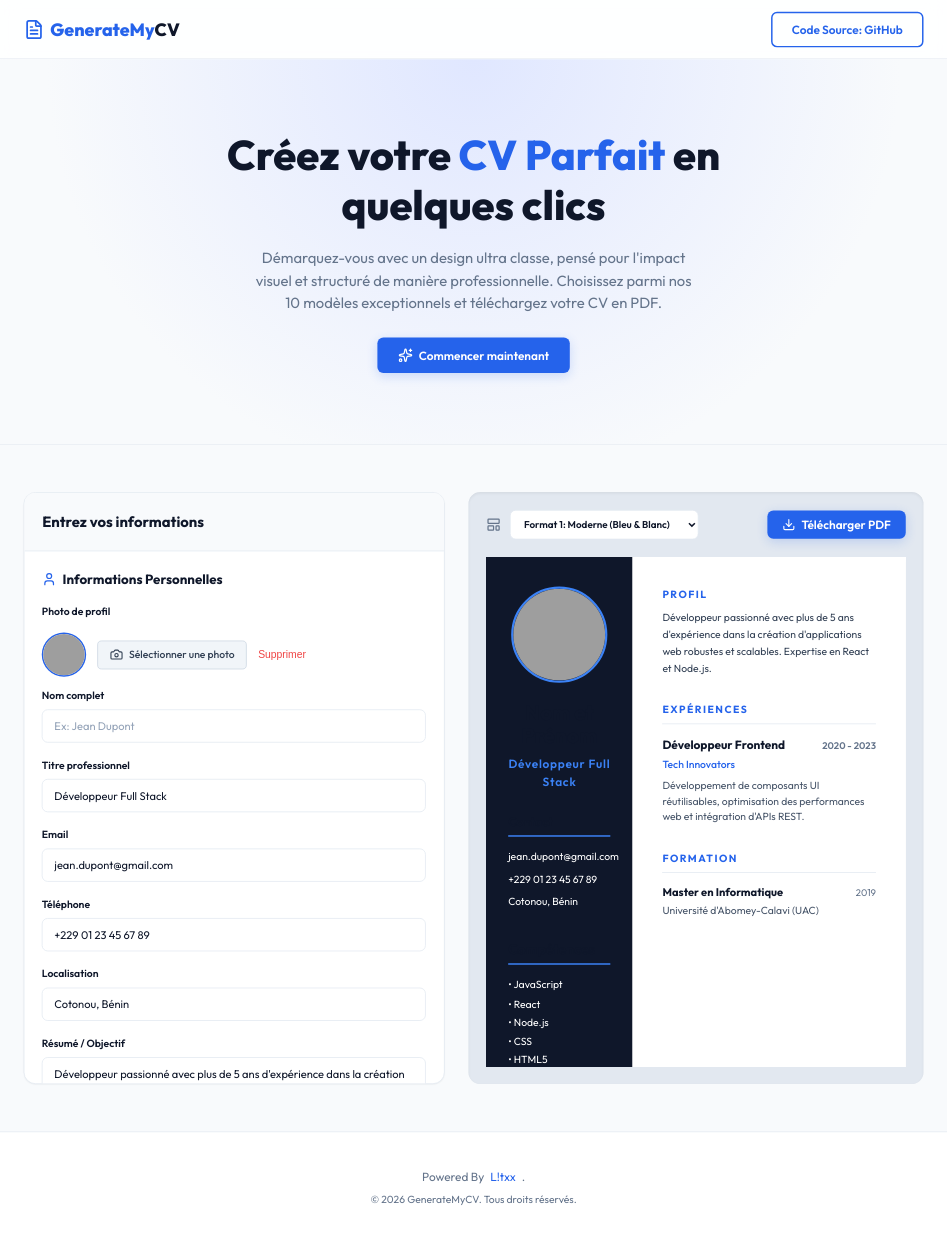
Repository: Issa-Mgn/Generatemy--cv
Page: /
The author's editor kept a copy of each file at every save. The page is drawn from the files as they stood at one save, then again after the next save.
The browser window is 1280 px wide. The pictures show the whole page, at 74% of full size.
Pictures or frames that could not be fetched are drawn as grey boxes. An inner scrolling area shows only its first screen. The project was rebuilt for these pictures with package versions that can differ from the ones it lists, and the page was loaded fresh each time. Also part of the build but not shown: vite.config.js.

Above is the page before, as saved 2026-04-13 20:04:42.

After the next save:
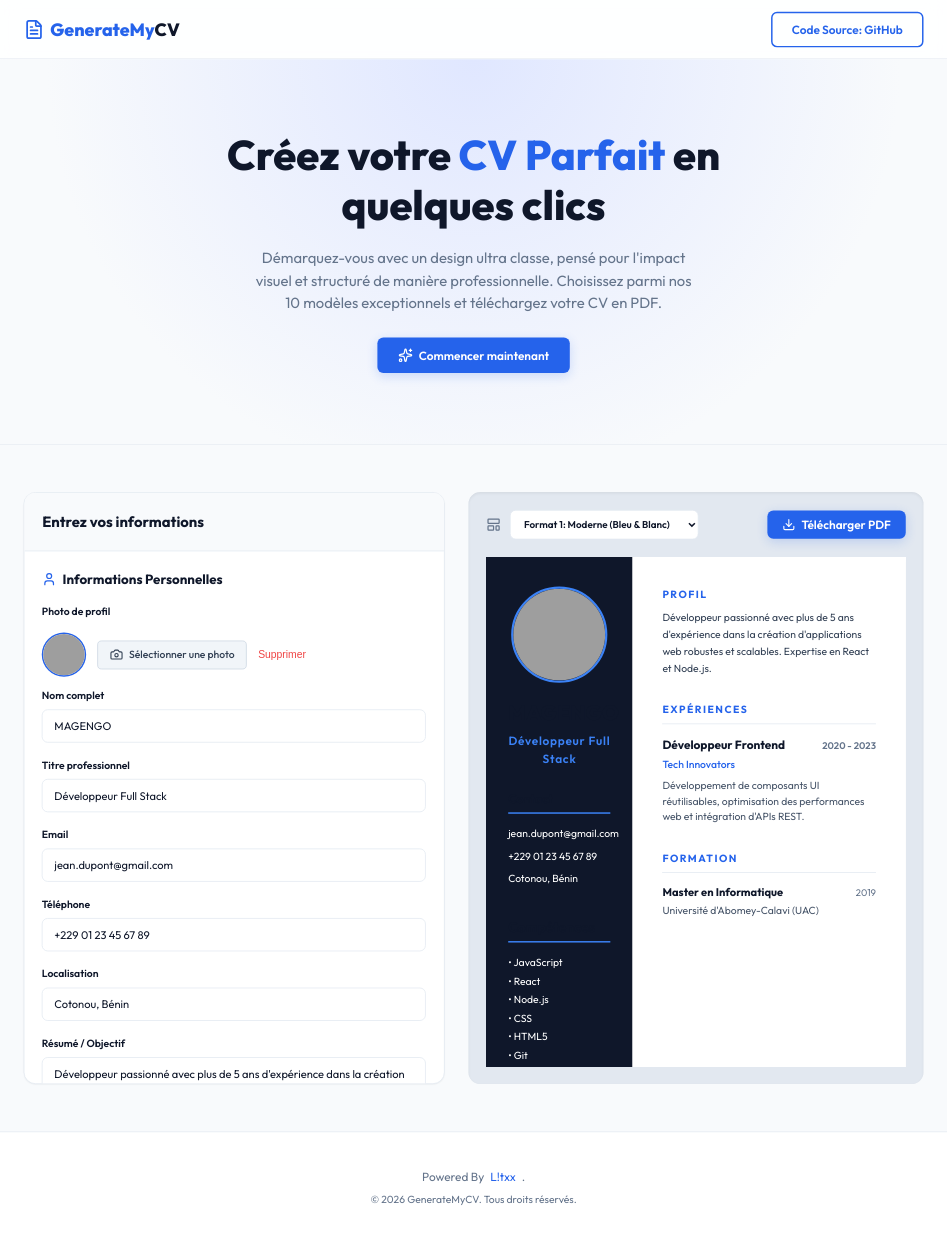
Saved 19 s later.
--- a/src/components/Builder.jsx
+++ b/src/components/Builder.jsx
@@ -4,7 +4,7 @@ import CVPreview from './CVPreview';
 
 const initialData = {
   personal: {
-    fullName: '',
+    fullName: 'MAGENGO ',
     jobTitle: 'Développeur Full Stack',
     email: 'jean.dupont@gmail.com',
     phone: '+229 01 23 45 67 89',
